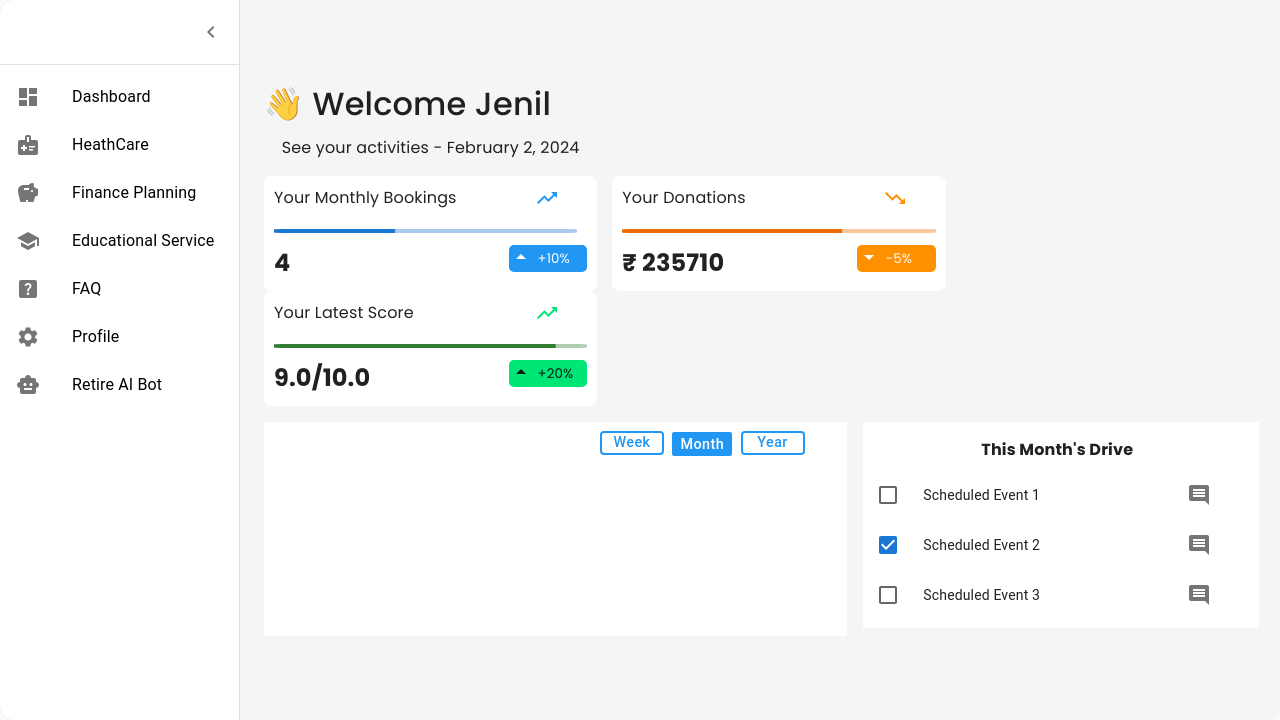
Repository: shubhampirate/Google_Solutions_Edural
Page: /dashboard
These files come from the project's save history. The page is drawn as it stood at one moment and after the next save; the edit follows.
The browser window is 1280 px wide. The pictures show the whole page.
The page's requests for data from a server got no answer. The project was rebuilt for these pictures with package versions that can differ from the ones it lists, and the page was loaded fresh each time. Some packages were replaced by stand-ins written for this rebuild. No one was signed in, and anything a server would have sent is missing. Also part of the build but not shown: src/Components/CustomButton.jsx, src/Components/Navbar.jsx, src/Components/Footer.jsx, src/Components/CongratsCard.jsx, src/pages/Hero/Hero.jsx, src/pages/Sign_in.jsx.

Above is the page before, as saved 2024-02-03 17:40:51.

### src/index.js
import React from "react";
import ReactDOM from "react-dom/client";
import "./index.css";
import { GoogleOAuthProvider } from '@react-oauth/google';
import App from "./App";
import { BrowserRouter } from "react-router-dom";
const root = ReactDOM.createRoot(
    document.getElementById("root"));
root.render(
    <BrowserRouter>
<GoogleOAuthProvider clientId="730379698185-cv7a59sok9sod43v04ee6g6pt4gtaea2.apps.googleusercontent.com">
        {/* <React.StrictMode> */}
            <App />
        {/* </React.StrictMode> */}
    </GoogleOAuthProvider>
    </BrowserRouter>

);

### src/App.jsx
import Hero from "./pages/Hero/Hero";
import Dashboard from "./pages/Dashboard/Dashboard";
import SignIn from "./pages/Sign_in";
import {useState} from "react";
import { Route, Routes } from "react-router-dom";
function App() {
  return (
    <>
      {/* <Hero />   */}
      {/* <SignIn /> */}
      <Routes>
        <Route path="/signin" element={<><SignIn /></>} />
        <Route path="/dashboard" element={<><Dashboard /></>} />
        {/* <Route path="/education" element={<><Education /></>} /> */}
        {/* <Route path="/health" element={<><Health /></>} /> */}
        {/* <Route path="/profile" element={<><Profile /></>} /> */}
        {/* <Route path="/finance" element={<><Finance /></>} /> */}
        {/* <Route path="/questions" element={<><Questions /></>} /> */}
        {/* <Route path="/retireaibot" element={<><Bot /></>} /> */}
        <Route path="/" element={<><Hero /></>} />
      </Routes>
         </>
  );
}

export default App;

### src/pages/Dashboard/Dashboard.jsx
import * as React from 'react';
import { styled, createTheme, ThemeProvider } from '@mui/material/styles';
import CssBaseline from '@mui/material/CssBaseline';
import MuiDrawer from '@mui/material/Drawer';
import Box from '@mui/material/Box';
import MuiAppBar from '@mui/material/AppBar';
import Toolbar from '@mui/material/Toolbar';
import {
  LinearProgress, ListItem, CircularProgress, Checkbox, ListItemText, Dialog, DialogActions, DialogContent,
  DialogContentText, DialogTitle, ListItemIcon, ListItemButton
} from '@mui/material';
import TrendingUpIcon from '@mui/icons-material/TrendingUp';
// import { PieChart } from '@mui/x-charts/PieChart';
// import { useDrawingArea } from '@mui/x-charts/hooks';
import TrendingDownIcon from '@mui/icons-material/TrendingDown';
import List from '@mui/material/List';
import Divider from '@mui/material/Divider';
import IconButton from '@mui/material/IconButton';
import ArrowDropUpIcon from '@mui/icons-material/ArrowDropUp';
import ArrowDropDownIcon from '@mui/icons-material/ArrowDropDown';
import Grid from '@mui/material/Grid';
import MenuIcon from '@mui/icons-material/Menu';
import ChevronLeftIcon from '@mui/icons-material/ChevronLeft';
import { mainListItems } from '../../Components/listItems';
import axios from 'axios';
import Button from '@mui/material/Button';
import CommentIcon from '@mui/icons-material/Comment';
import Swal from 'sweetalert2';
import { useState } from 'react';
import { useEffect } from 'react';
// import { Bar } from "react-chartjs-2";
// import { BarElement, CategoryScale, Chart as ChartJS, Legend, LinearScale, Title, Tooltip } from "chart.js";
// import GoogleTranslateComponent from '../../Components/GoogleTranslateComponent';
// import csacc from "../../media/csacc.png"
// import creditscoremodel from "../../media/creditscoremodel.png"
// import creditflow from "../../media/creditflowchart.png"
// ChartJS.register(CategoryScale, LinearScale, BarElement, Title, Tooltip, Legend);

const drawerWidth = 240;

const AppBar = styled(MuiAppBar, {
  shouldForwardProp: (prop) => prop !== 'open',
})(({ theme, open }) => ({
  zIndex: theme.zIndex.drawer + 1,
  transition: theme.transitions.create(['width', 'margin'], {
    easing: theme.transitions.easing.sharp,
    duration: theme.transitions.duration.leavingScreen,
  }),
  ...(open && {
    marginLeft: drawerWidth,
    width: `calc(100% - ${drawerWidth}px)`,
    transition: theme.transitions.create(['width', 'margin'], {
      easing: theme.transitions.easing.sharp,
      duration: theme.transitions.duration.enteringScreen,
    }),
  }),
}));

const Drawer = styled(MuiDrawer, { shouldForwardProp: (prop) => prop !== 'open' })(
  ({ theme, open }) => ({
    '& .MuiDrawer-paper': {
      position: 'relative',
      whiteSpace: 'nowrap',
      width: drawerWidth,
      transition: theme.transitions.create('width', {
        easing: theme.transitions.easing.sharp,
        duration: theme.transitions.duration.enteringScreen,
      }),
      boxSizing: 'border-box',
      ...(!open && {
        overflowX: 'hidden',
        transition: theme.transitions.create('width', {
          easing: theme.transitions.easing.sharp,
          duration: theme.transitions.duration.leavingScreen,
        }),
        width: theme.spacing(7),
        [theme.breakpoints.up('sm')]: {
          width: theme.spacing(9),
        },
      }),
    },
  }),
);

var currentDate = new Date();

var months = [
  "January", "February", "March", "April", "May", "June",
  "July", "August", "September", "October", "November", "December"
];

var formattedDate = months[currentDate.getMonth()] + " " + currentDate.getDate() + ", " + currentDate.getFullYear();

const defaultTheme = createTheme();

export default function Dashboard() {
  const [open, setOpen] = React.useState(true);
  const toggleDrawer = () => {
    setOpen(!open);
  };

  const [expensedata, setExpensedata] = useState([])

  useEffect(() => {
    loadList();
  }, []);


  const loadList = async () => {
    const result = await axios.get(`https://wixstocle.pythonanywhere.com/api/expense/`, {
      headers: { "Authorization": `Token 11c868750d92deda81638c5a9a59177bdc7ae41a` },
    });
    console.log(result.data.data);
    setExpensedata(result.data.data);
  }

  const getLabels = () => expensedata.slice(-5).map(data => data.date);

  const getData = (key) => expensedata.slice(-5).map(data => data[key]);

  const optionsexpense = {
    indexAxis: 'x',
    elements: {
      bar: {
        borderWidth: 0,
      },
    },
    responsive: true,
    interaction: {
      mode: 'index',
      intersect: false,
    },
    scales: {
      x: {
        stacked: false,
      },
      y: {
        stacked: false,
      },
    },
    plugins: {
      legend: {
        position: 'top',
      }
    },
  };

  const dataexpense = {
    labels: getLabels(),
    datasets: [
      {
        label: 'Revenue',
        data: getData('income'),
        backgroundColor: '#2196f3',
      },
      {
        label: 'Spendings',
        data: getData('expense'),
        backgroundColor: '#ff9100',
      },
      {
        label: 'Savings',
        data: getData('savings'),
        backgroundColor: '#00e676',
      },
    ],
  };

  const today = new Date();
  const year = today.getFullYear();
  const month = String(today.getMonth() + 1).padStart(2, '0'); // Months are zero-based
  const day = String(today.getDate()).padStart(2, '0');

  const todayDate = `${year}-${month}-${day}`;

  const [userData, setUserData] = React.useState({
    income: '',
    savings: '',
    expense: '',
    date: todayDate,
    user: "tony@gmail.com"
  });

  const handleChangePlan = (field, value) => {
    setUserData((prevData) => ({ ...prevData, [field]: value }));
  };
  const creditscore = 87.4;

  const handlePostData = () => {
    console.log(userData);
    fetch(`https://wixstocle.pythonanywhere.com/api/expense/`, {
      method: 'POST',
      headers: {
        "Authorization": `Token 11c868750d92deda81638c5a9a59177bdc7ae41a`,
        'Content-Type': 'application/json',
      },
      body: JSON.stringify(userData),
    })
      .then((response) => response.json())
      .then((data) => {
        // console.log(data);
        if (data.status == true) {
          Swal.fire({
            icon: 'success',
            title: 'Successfully Saved the details',
            showConfirmButton: false,
            timer: 3000
          })
          setExpensedata([...expensedata, userData]);
        }
        else {
          Swal.fire({
            icon: 'error',
            title: data.message,
            showConfirmButton: false,
            timer: 3000
          })
        }
      });
  };


//   function PieCenterLabel({ children }) {
//     const { width, height, left, top } = useDrawingArea();
//     return (
//       <StyledText x={left + width / 2} y={top + height / 2}>
//         {children}
//       </StyledText>
//     );
//   }

  const [checked, setChecked] = React.useState([1]);

  const handleToggle = (value) => () => {
    const currentIndex = checked.indexOf(value);
    const newChecked = [...checked];

    if (currentIndex === -1) {
      newChecked.push(value);
    } else {
      newChecked.splice(currentIndex, 1);
    }

    setChecked(newChecked);
  };
  return (
    <ThemeProvider theme={defaultTheme}>
      <Box sx={{ display: 'flex', borderRadius: '16px', overflow: 'hidden', boxShadow: '0px 0px 10px rgba(0, 0, 0, 0.1)' }} >
        <CssBaseline />
        <AppBar position="absolute" open={open} sx={{ backgroundColor: "whitesmoke", boxShadow: 'none' }}>
          <Toolbar
            sx={{
              pr: '24px', // keep right padding when drawer closed
              display: 'flex',
              alignItems: 'center',
              justifyContent: 'space-between',
            }}>
            <Box sx={{ display: 'flex', alignItems: 'center' }}>
              <IconButton
                edge="start"
                aria-label="open drawer"
                onClick={toggleDrawer}
                sx={{
                  marginRight: '36px',
                  ...(open && { display: 'none' }),
                  backgroundColor: "#fff"
                }}>
                <MenuIcon />
              </IconButton>
            </Box>
          </Toolbar>
        </AppBar>
        <Drawer variant="permanent" open={open}>
          <Toolbar
            sx={{
              display: 'flex',
              alignItems: 'center',
              justifyContent: 'flex-end',
              px: [1],
            }}
          >
            {/* <GoogleTranslateComponent /> */}
            <IconButton onClick={toggleDrawer}>
              <ChevronLeftIcon />
            </IconButton>
          </Toolbar>
          <Divider />
          <List component="nav">
            {mainListItems}
          </List>
        </Drawer>
        <Box
          component="main"
          sx={{
            backgroundColor: (theme) =>
              theme.palette.mode === 'light'
                ? theme.palette.grey[100]
                : theme.palette.grey[900],
            flexGrow: 1,
            height: '100vh',
            overflow: 'auto',
          }}>
          <Toolbar />
          <Grid container spacing={2} marginTop="0.02rem" paddingLeft={3} paddingRight={2}>
            <Grid item xs={12}>
              <div style={{ fontSize: "2rem", fontWeight: "500" }}>👋 Welcome Jenil</div>
            </Grid>
            <Grid item xs={12} marginTop="-0.5rem">
              <div> &nbsp; &nbsp; See your activities - {formattedDate} </div>
            </Grid>
          </Grid>
          <Grid container spacing={2} marginTop="1rem" paddingLeft={5} paddingRight={2}>
            <Grid item xs={12} md={4} style={{ backgroundColor: "white", padding: "10px", marginRight: "15px", borderRadius: "0.5rem" }}>
              <Grid item xs={12}>
                <Grid container>
                  <Grid item xs={10}><div>Your Monthly Bookings</div></Grid>
                  <Grid item xs={2}><TrendingUpIcon sx={{ color: "#2196f3" }} /></Grid>
                </Grid>
                <Grid item xs={12}>
                  <LinearProgress variant="determinate" value={40} sx={{ color: "#2196f3", borderRadius: "10%", margin: "12px 10px 12px 0px" }} />
                </Grid>
                <Grid item xs={12}>
                  <Grid container>
                    <Grid item xs={9}>
                       <div style={{ fontSize: "1.5rem", fontWeight: "550" }}> 4</div>
                    </Grid>
                    <Grid item xs={3} style={{ backgroundColor: "#2196f3", color: "white", borderRadius: "5px", height: "1.65rem" }}>
                      <ArrowDropUpIcon /> <sup>+10%</sup>
                    </Grid>
                  </Grid>
                </Grid>
              </Grid>
            </Grid>
            <Grid item xs={12} md={4} style={{ backgroundColor: "white", padding: "10px", marginRight: "15px", borderRadius: "0.5rem" }}>
              <Grid item xs={12}>
                <Grid container>
                  <Grid item xs={10}><div>Your Donations</div></Grid>
                  <Grid item xs={2}><TrendingDownIcon sx={{ color: "#ff9100" }} /></Grid>
                </Grid>
                <Grid item xs={12}>
                  <LinearProgress variant="determinate" value={70} color='warning' sx={{ borderRadius: "10%", margin: "12px 0px" }} />
                </Grid>
                <Grid item xs={12}>
                  <Grid container>
                    <Grid item xs={9}>
                   <div style={{ fontSize: "1.5rem", fontWeight: "550" }}>₹ 235710</div>
                    </Grid>
                    <Grid item xs={3} style={{ backgroundColor: "#ff9100", color: "white", borderRadius: "5px", height: "1.65rem" }}>
                      <ArrowDropDownIcon /> <sup>-5%</sup>
                    </Grid>
                  </Grid>
                </Grid>
              </Grid>
            </Grid>
            <Grid item xs={12} md={4} style={{ backgroundColor: "white", padding: "10px", marginRight: "15px", borderRadius: "0.5rem" }}>
              <Grid item xs={12}>
                <Grid container>
                  <Grid item xs={10}><div>Your Latest Score</div></Grid>
                  <Grid item xs={2}><TrendingUpIcon sx={{ color: "#00e676" }} /></Grid>
                </Grid>
                <Grid item xs={12}>
                  <LinearProgress variant="determinate" value={90} color="success" style={{ borderRadius: "10%", margin: "12px 0px" }} />
                </Grid>
                <Grid item xs={12}>
                  <Grid container>
                    <Grid item xs={9}>
 <div style={{ fontSize: "1.5rem", fontWeight: "550" }}> 9.0/10.0</div>
                    </Grid>
                    <Grid item xs={3} style={{ backgroundColor: "#00e676", borderRadius: "5px", height: "1.65rem" }}>
                      <ArrowDropUpIcon /> <sup>+20%</sup>
                    </Grid>
                  </Grid>
                </Grid>
              </Grid>
            </Grid>
            {/* <Grid item xs={12} md={2.5} style={{ backgroundColor: "white", padding: "10px", borderRadius: "0.5rem" }}> */}
              {/* <Grid container spacing={2}> */}
                {/* <Grid item xs={12}>Today's Savings Deal</Grid> */}
                {/* <Grid item xs={12}>
                  <LinearProgress variant="determinate" value={0} color='secondary' sx={{ borderRadius: "10%", margin: "3px 0px" }} />
                </Grid> */}
                {/* <Grid item xs={12} sx={{ fontWeight: "550", marginTop: "-10px" }}>Buy Doctor Shoes from Amazon and save over <br />₹ 1500</Grid> */}
              {/* </Grid> */}
            {/* </Grid> */}
          </Grid>
          <Grid container spacing={2} marginTop="1rem" paddingLeft={5} paddingRight={2} marginBottom={2}>
            <Grid item xs={7} sx={{ backgroundColor: "white", padding: "5px", marginRight: "1rem" }}>
              <Grid container spacing={2} padding={1}>
                <Grid xs={7}></Grid>
                <Grid xs={1.5}><Button style={{
                  borderColor: "#2196f3", color: "#2196f3", height: "1.5rem", textTransform: "capitalize",
                  fontSize: "0.9rem", border: "2px solid", textAlign: "left"
                }}>Week</Button></Grid>
                <Grid xs={1.5}><Button style={{
                  backgroundColor: "#2196f3", color: "white", height: "1.75rem", textTransform: "capitalize",
                  fontSize: "0.9rem", border: "2px solid", textAlign: "left"
                }}>Month</Button></Grid>
                <Grid xs={1}><Button style={{
                  borderColor: "#2196f3", color: "#2196f3", height: "1.5rem", textTransform: "capitalize",
                  fontSize: "0.9rem", border: "2px solid", textAlign: "left"
                }}>Year</Button></Grid>
                <Grid xs={12} marginTop={2}>
                  {/* <Bar options={optionsexpense} data={dataexpense} /> */}
                </Grid>
              </Grid>
            </Grid>
            <Grid item xs={4.75} >
              <Grid container spacing={2} >

                <Grid item xs={12}>
                  <Grid container spacing={2} sx={{ backgroundColor: "white", marginBottom: "0.5rem" }}>
                    <Grid item xs={12} style={{ textAlign: "center", marginLeft: "-0.75rem", fontWeight: "600" }}>This Month's Drive</Grid>
                    <List sx={{ width: '100%', maxWidth: 360, bgcolor: 'background.paper' }}>
                      {[0, 1, 2].map((value) => {
                        const labelId = `checkbox-list-label-${value}`;
                        return (
                          <ListItem
                            key={value}
                            secondaryAction={
                              <IconButton edge="end" aria-label="comments">
                                <CommentIcon />
                              </IconButton>
                            }
                            disablePadding
                          >
                            <ListItemButton role={undefined} onClick={handleToggle(value)} dense>
                              <ListItemIcon>
                                <Checkbox
                                  edge="start"
                                  checked={checked.indexOf(value) !== -1}
                                  tabIndex={-1}
                                  disableRipple
                                  inputProps={{ 'aria-labelledby': labelId }}
                                />
                              </ListItemIcon>
                              <ListItemText id={labelId} style={{ marginLeft: "-0.75rem" }} primary={`Scheduled Event ${value + 1}`} />
                            </ListItemButton>
                          </ListItem>
                        );
                      })}
                    </List>
                  </Grid>
                </Grid>
              </Grid>
            </Grid>
          </Grid>

        </Box>
      </Box >
    </ThemeProvider >
  );
}

### src/Components/listItems.jsx
import * as React from 'react';
import ListItemButton from '@mui/material/ListItemButton';
import ListItemIcon from '@mui/material/ListItemIcon';
import ListItemText from '@mui/material/ListItemText';
import DashboardIcon from '@mui/icons-material/Dashboard';
import MedicalInformationIcon from '@mui/icons-material/MedicalInformation';
import SavingsIcon from '@mui/icons-material/Savings';
import SchoolIcon from '@mui/icons-material/School';
import HelpCenterIcon from '@mui/icons-material/HelpCenter';
import SettingsIcon from '@mui/icons-material/Settings';
import SmartToyIcon from '@mui/icons-material/SmartToy';
import { Link } from 'react-router-dom';
// import GoogleTranslateComponent from './GoogleTranslateComponent';


export const mainListItems = (
  <>
    <React.Fragment>
      <Link to="/dashboard" style={{ textDecoration: "none", color: "black" }}>
        <ListItemButton>
          <ListItemIcon>
            <DashboardIcon />
          </ListItemIcon>
          <ListItemText primary="Dashboard" />
        </ListItemButton>
      </Link>
      <Link to="/health" style={{ textDecoration: "none", color: "black" }}>
        <ListItemButton>
          <ListItemIcon>
            <MedicalInformationIcon />
          </ListItemIcon>
          <ListItemText primary="HeathCare" />
        </ListItemButton>
      </Link>
      <Link to="/finance" style={{ textDecoration: "none", color: "black" }}>
        <ListItemButton>
          <ListItemIcon>
            <SavingsIcon />
          </ListItemIcon>
          <ListItemText primary="Finance Planning" />
        </ListItemButton>
      </Link>
      <Link to="/education" style={{ textDecoration: "none", color: "black" }}>
        <ListItemButton>
          <ListItemIcon>
            <SchoolIcon />
          </ListItemIcon>
          <ListItemText primary="Educational Service" />
        </ListItemButton>
      </Link>
      <Link to="/questions" style={{ textDecoration: "none", color: "black" }}>
        <ListItemButton>
          <ListItemIcon>
            <HelpCenterIcon />
          </ListItemIcon>
          <ListItemText primary="FAQ" />
        </ListItemButton>
      </Link>
      <Link to="/profile" style={{ textDecoration: "none", color: "black" }}>
        <ListItemButton>
          <ListItemIcon>
            <SettingsIcon />
          </ListItemIcon>
          <ListItemText primary="Profile" />
        </ListItemButton>
      </Link>
      <Link to="/retireaibot" style={{ textDecoration: "none", color: "black" }}>
        <ListItemButton>
          <ListItemIcon>
            <SmartToyIcon />
          </ListItemIcon>
          <ListItemText primary="Retire AI Bot" />
        </ListItemButton>
      </Link>
    </React.Fragment >
  </>
);

// export const secondaryListItems = (
//   <React.Fragment>
//     <ListSubheader component="div" inset>
//       Saved reports
//     </ListSubheader>
//     <ListItemButton>
//       <ListItemIcon>
//         <AssignmentIcon />
//       </ListItemIcon>
//       <ListItemText primary="Current month" />
//     </ListItemButton>
//     <ListItemButton>
//       <ListItemIcon>
//         <AssignmentIcon />
//       </ListItemIcon>
//       <ListItemText primary="Last quarter" />
//     </ListItemButton>
//     <ListItemButton>
//       <ListItemIcon>
//         <AssignmentIcon />
//       </ListItemIcon>
//       <ListItemText primary="Year-end sale" />
//     </ListItemButton>
//   </React.Fragment>
// );

Loaded but not shown: public/index.html (common file); src/index.css (common file)

After the next save:
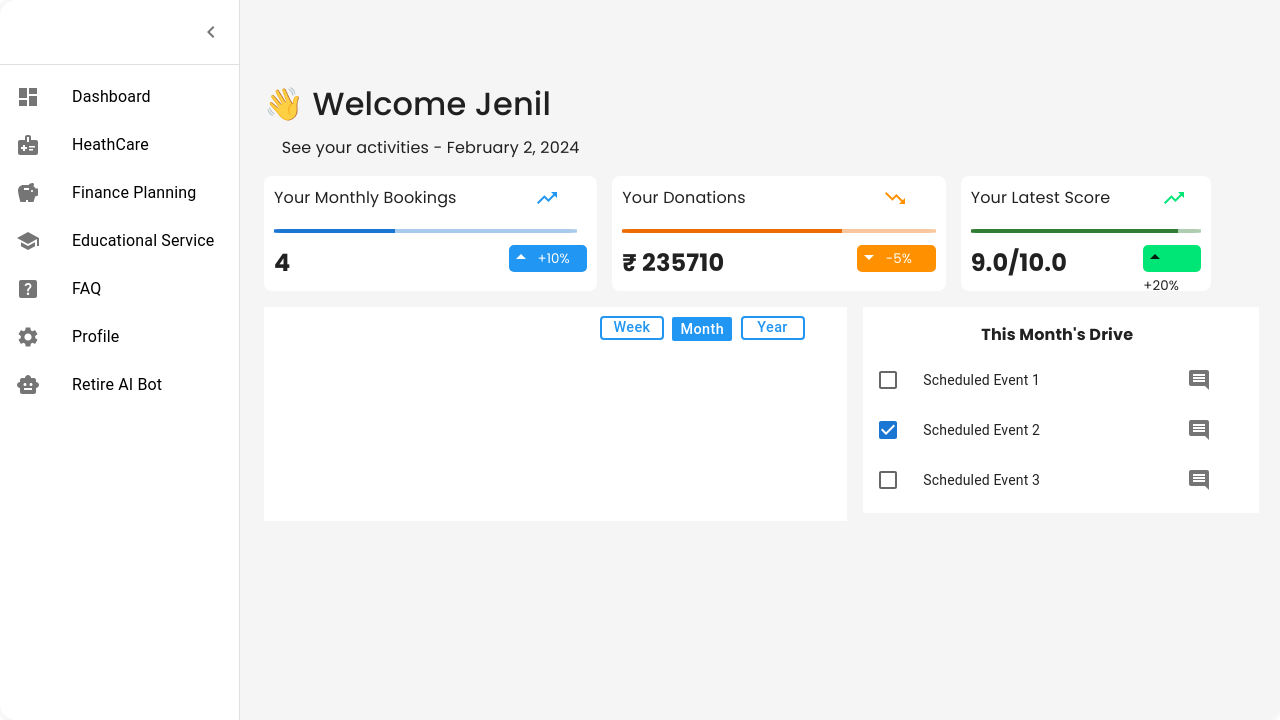
Saved 8 s later.
--- a/src/pages/Dashboard/Dashboard.jsx
+++ b/src/pages/Dashboard/Dashboard.jsx
@@ -352,7 +352,7 @@ export default function Dashboard() {
                 </Grid>
               </Grid>
             </Grid>
-            <Grid item xs={12} md={4} style={{ backgroundColor: "white", padding: "10px", marginRight: "15px", borderRadius: "0.5rem" }}>
+            <Grid item xs={12} md={3} style={{ backgroundColor: "white", padding: "10px", marginRight: "15px", borderRadius: "0.5rem" }}>
               <Grid item xs={12}>
                 <Grid container>
                   <Grid item xs={10}><div>Your Latest Score</div></Grid>
